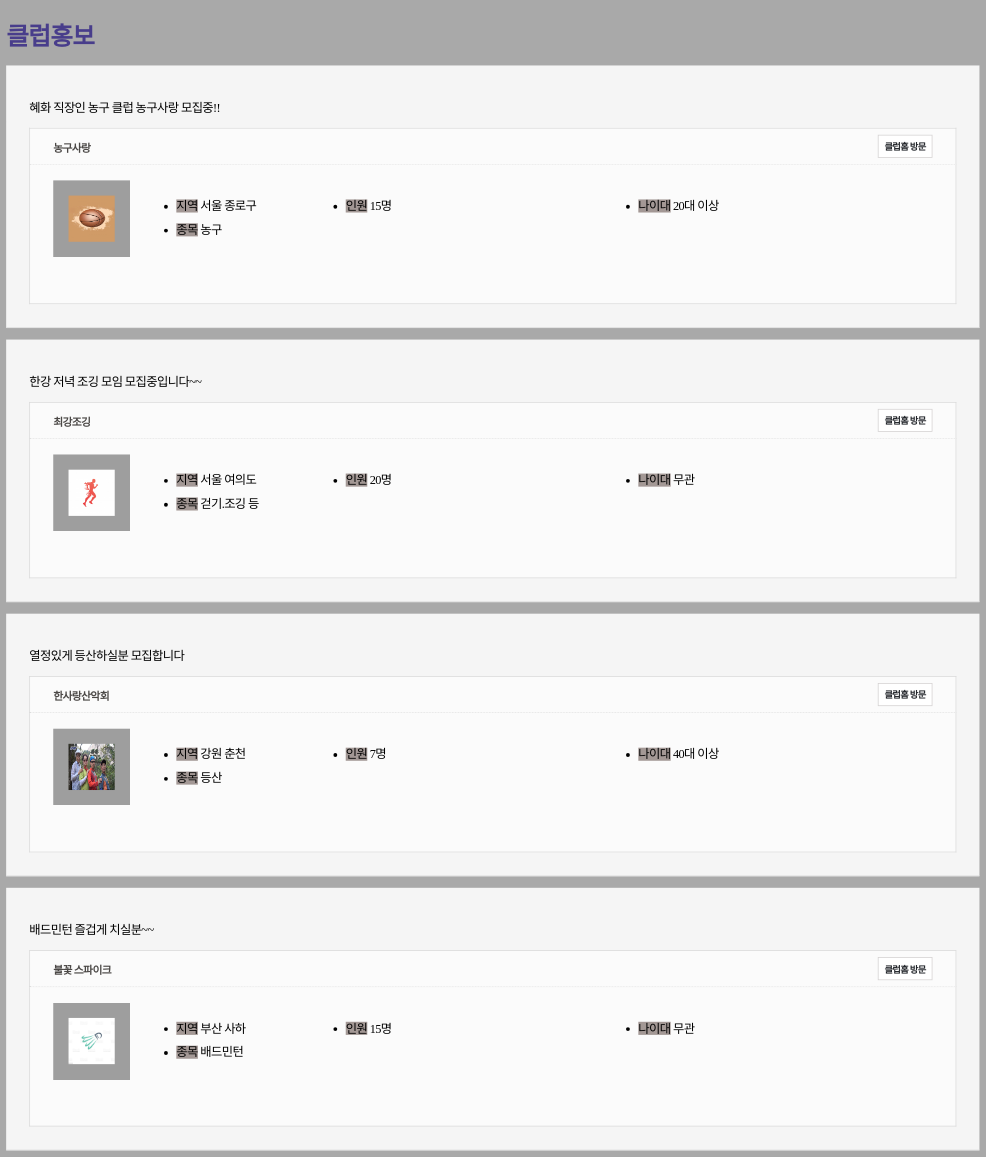
Repository: jaemin333/study
Page: club.html
These files come from the project's save history. The page is drawn as it stood at one moment and after the next save; the edit follows.
The browser window is 1280 px wide. The pictures show the whole page, at 77% of full size.
Pictures or frames that could not be fetched are drawn as grey boxes.

Above is the page before, as saved 2021-07-02 22:21:07.

### club.html
<!DOCTYPE html>
<html lang="ko">
<head>
    <meta charset="UTF-8">
    <meta http-equiv="X-UA-Compatible" content="IE=edge">
    <meta name="viewport" content="width=device-width, initial-scale=1.0">
    <link rel ="stylesheet" type = "text/css" href = "style.css">
    <title>club</title>
</head>
<body>
    <div id = "body_left">
    <div class="title">
        <h1 class="h1">클럽홍보</h1>
        <h2 class ="h2">동네사람들과 같이 운동을 즐겨보세요</h2>
        <span class = "sentence">동네사람들과 같이 운동을 즐겨보세요</span>
    </div>

    <div class = "clubList">
    <div class = "clubBox cbBg">
        <p class = "clubTip">
            <a>혜화 직장인 농구 클럽 농구사랑 모집중!!</a>
        </p>
    <div class ="cbClubName">
        <a>농구사랑</a>
        <a class ="iButton">클럽홈 방문</a>
    </div>

    <div class ="cbInfo">
        <div class="cbMark">
            <span class="clubmark">
                <img src = "bask.png" width="60" height=60">
        </div>
    <ul>
        <li>
            <span class = "info dark">지역</span>
             서울 종로구
        </li>
        <li style = "width:380px;">
            <span class = "info dark">인원</span>
             15명
        </li>
        <li style = "width:380px;">
            <span class = "info dark">나이대</span>
             20대 이상
        </li>
        <li style = "width:380px;">
            <span class = "info dark">종목</span>
             농구
        </li>
    </ul>
    </div>
    </div>
    </div>

    <div class = "clubList">
        <div class = "clubBox cbBg">
            <p class = "clubTip">
                <a>한강 저녁 조깅 모임 모집중입니다~~</a>
            </p>
        <div class ="cbClubName">
            <a>최강조깅</a>
            <a class ="iButton">클럽홈 방문</a>
        </div>

        <div class ="cbInfo">
            <div class="cbMark">
                <span class="clubmark">
                    <img src = "run.jpg" width="60" height="60">
            </div>
        <ul>
            <li>
                <span class = "info dark">지역</span>
                 서울 여의도
            </li>
            <li style = "width:380px;">
                <span class = "info dark">인원</span>
                 20명
            </li>
            <li style = "width:380px;">
                <span class = "info dark">나이대</span>
                 무관
            </li>
            <li style = "width:380px;">
                <span class = "info dark">종목</span>
                 걷기.조깅 등
            </li>
        </ul>
        </div>
        </div>
        </div>

        <div class = "clubList">
            <div class = "clubBox cbBg">
                <p class = "clubTip">
                    <a>열정있게 등산하실분 모집합니다</a>
                </p>
            <div class ="cbClubName">
                <a>한사랑산악회</a>
                <a class ="iButton">클럽홈 방문</a>
            </div>

            <div class ="cbInfo">
                <div class="cbMark">
                    <span class="clubmark">
                        <img src = "hike.png" width="60" height="60">
                </div>
            <ul>
                <li>
                    <span class = "info dark">지역</span>
                     강원 춘천
                </li>
                <li style = "width:380px;">
                    <span class = "info dark">인원</span>
                     7명
                </li>
                <li style = "width:380px;">
                    <span class = "info dark">나이대</span>
                     40대 이상
                </li>
                <li style = "width:380px;">
                    <span class = "info dark">종목</span>
                     등산
                </li>
            </ul>
            </div>
            </div>
            </div>


            <div class = "clubList">
                <div class = "clubBox cbBg">
                    <p class = "clubTip">
                        <a>배드민턴 즐겁게 치실분~~</a>
                    </p>
                <div class ="cbClubName">
                    <a>불꽃 스파이크</a>
                    <a class ="iButton">클럽홈 방문</a>
                </div>

                <div class ="cbInfo">
                    <div class="cbMark">
                        <span class="clubmark">
                            <img src = "badminton.jpg" width="60" height="60">
                    </div>
                <ul>
                    <li>
                        <span class = "info dark">지역</span>
                         부산 사하
                    </li>
                    <li style = "width:380px;">
                        <span class = "info dark">인원</span>
                         15명
                    </li>
                    <li style = "width:380px;">
                        <span class = "info dark">나이대</span>
                         무관
                    </li>
                    <li style = "width:380px;">
                        <span class = "info dark">종목</span>
                         배드민턴
                    </li>
                </ul>
                </div>
                </div>
                </div>

    </div>






</body>
</html>

### style.css
div {
    display:block;
}



body {
    background-color: darkgray;
    word-break: break-all;
    -ms-word-break: break-all;
    letter-spacing: -0.050em;
}


.clubBox{
    position: relative;
    padding: 25px 30px 30px 30px;
    border-bottom: 1px solid #dddddd;
}


ul{
    display: block;
    margin-block-start: 1em;
    margin-block-end: 1em;
    margin-inline-start: 0px;
    margin-inline-end: 0px;
    padding-inline-start: 40px;
}

.clubBox li .info.dark{
    background-color: #a39895;
}

.iButton {
    display: inline-block;
    height: 18px;
    padding: 5px 8px;
    font-size: 12px;
    font-weight: bold;
    color: #24272c;
    text-align: center;
    background-color: white;
    border: 1px solid #d4d1d1;
}

.clubBox .iButton {
    position: absolute;
    top: 8px;
    right: 30px;
}

li {
    display: list-item;
    text-align: -webkit-match-parent;
}

.clubBox .cbInfo li {
    float: left;
    width: 220px;
    margin: 4px 0 3px 0;
    font-size: 16px;
    color: black;
}

.cbClubName {
    padding-bottom: 10px;
}

.clubBox .cbInfo {
    position: relative;
    padding: 20px;
    padding-left: 150px;
    border: 1px solid #dadada;
    border-top: 0;
    background-color: #fbfbfb;
    height:140px;
}

.clubBox .clubTit {
    margin-bottom: 15px;
    font-size: 16px;
    font-weight: bold;
    color: black;
}

p {
    display: block;
    margin-block-start: 1em;
    margin-block-end: 1em;
    margin-inline-start: 0px;
    margin-inline-end: 0px;
}

.clubBox .cbClubName {
    position: relative;
    padding: 14px 30px 12px 30px;
    font-size: 14px;
    font-weight: bold;
    color: #4b4846;
    border: 1px solid #dadada;
    border-bottom: 1px dotted #dddddd;
    background-color: #fbfbfb;
}

.clubBox .cbMark {
    position: absolute;
    top: 20px;
    left: 30px;
    background: url(https://img.sa.nexon.com/assets/clan/clamark_bg.jpg) no-repeat;
    width: 60px;
    height: 60px;
    padding: 20px 20px;
}

.clubTip a {
    color: black;
    text-decoration: none;
}

.title {
    position: relative;
    height: 39px;
    margin: 0 0 25px 0;
    font-size: 16px;
    color: darkslateblue;
}

.cbBg {
    background-color: #f5f5f5;
    margin-top: 15px;
}

.sentence {
    vertical-align: -4px;
}

/*#body_left {
    position: relative;
    float: left;
    width: 850px;
    margin-bottom: 100px;
    padding: 40px 0 0 0;
}

After the next save:
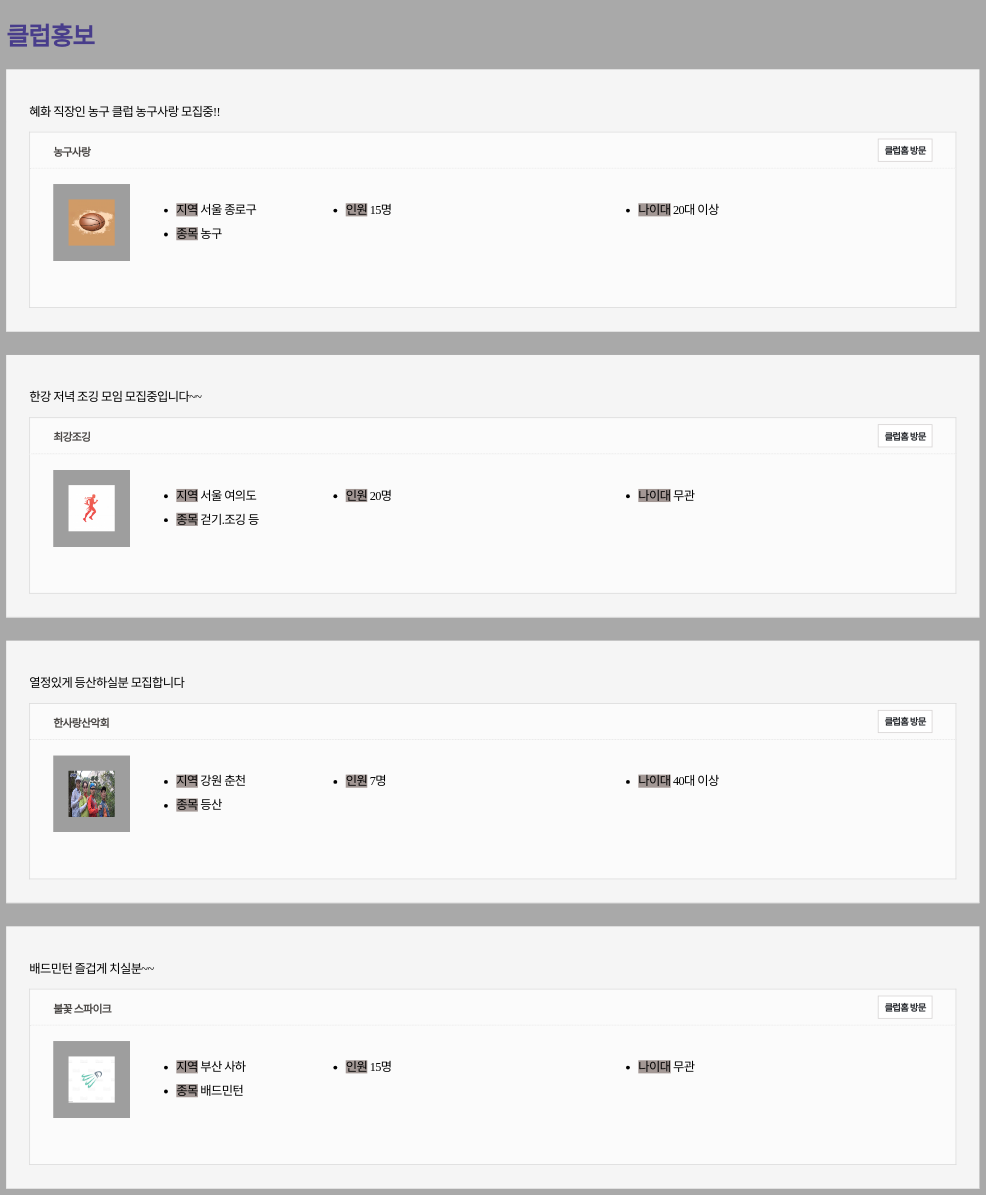
Saved 49 s later.
--- a/style.css
+++ b/style.css
@@ -128,7 +128,7 @@
 
 .cbBg {
     background-color: #f5f5f5;
-    margin-top: 15px;
+    margin-top: 30px;
 }
 
 .sentence {

After the 2 saves that followed:
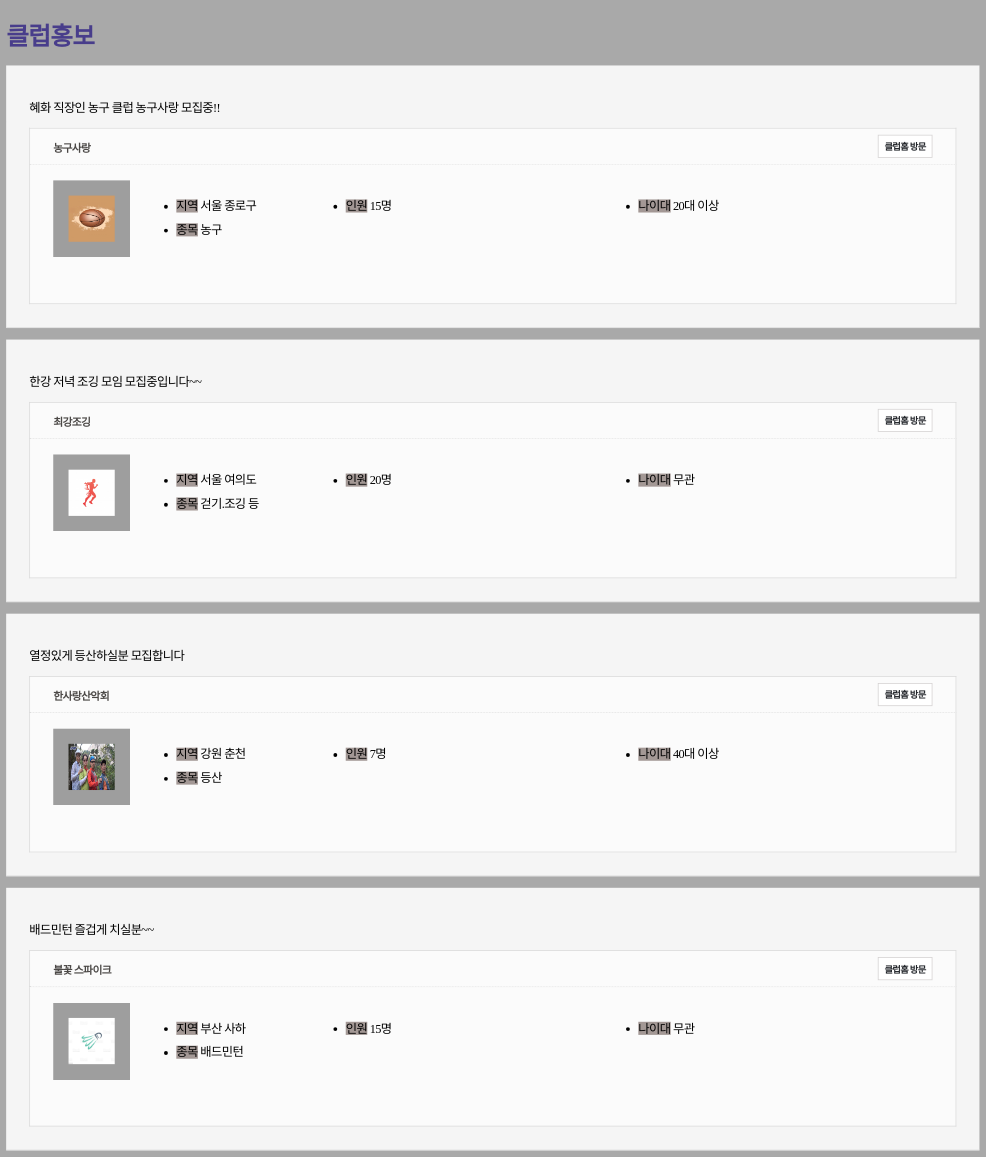
The 2 saves are shown as one change because 1 left the picture as it was.
The last was saved 46 s later.
--- a/style.css
+++ b/style.css
@@ -126,9 +126,9 @@
     color: darkslateblue;
 }
 
-.cbBg {
+.cbBg{
     background-color: #f5f5f5;
-    margin-top: 30px;
+    margin-top: 15px;
 }
 
 .sentence {
